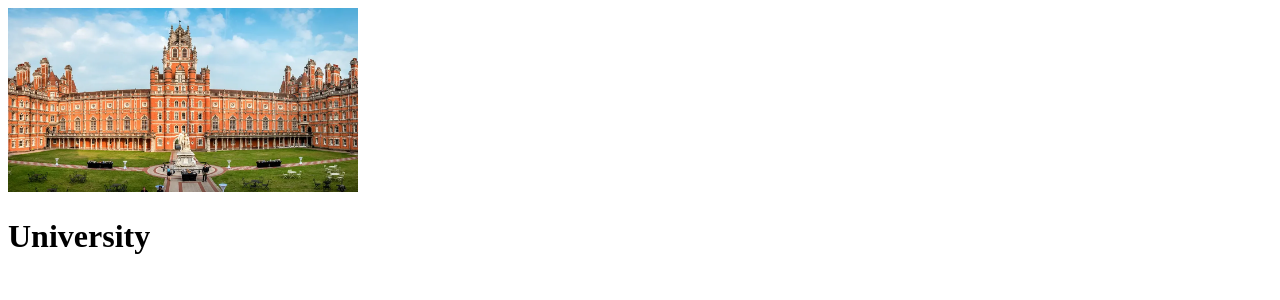
Repository: Haakim19/WebDevelopment
Page: Assignment/Index.html
The author's editor kept a copy of each file at every save. The page is drawn from the files as they stood at one save, then again after the next save.
The browser window is 1280 px wide. The pictures show the whole page.

Above is the page before, as saved 2024-10-10 15:09:26.

After the next save:
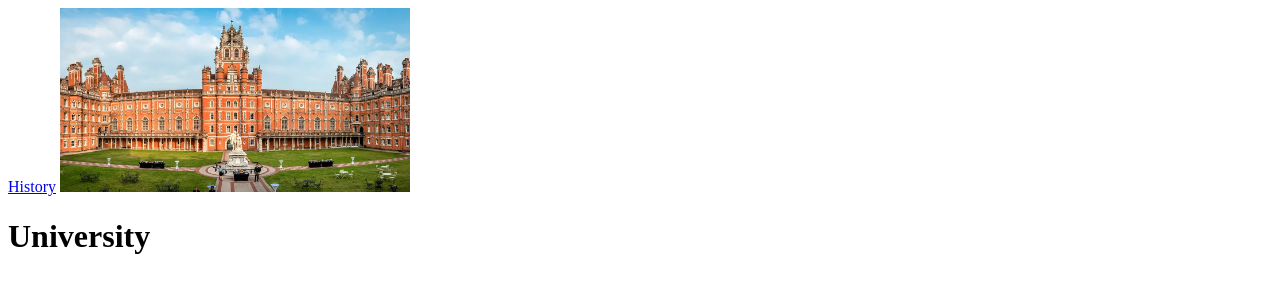
Saved 101 s later.
--- a/Assignment/Index.html
+++ b/Assignment/Index.html
@@ -6,6 +6,7 @@
     <title>Home</title>
 </head>
 <body>
+    <a href="history.html">History</a>
     <img src="campus.webp" width="350px">
     <h1><font face="algerian">University</font></h1>
 </body>
